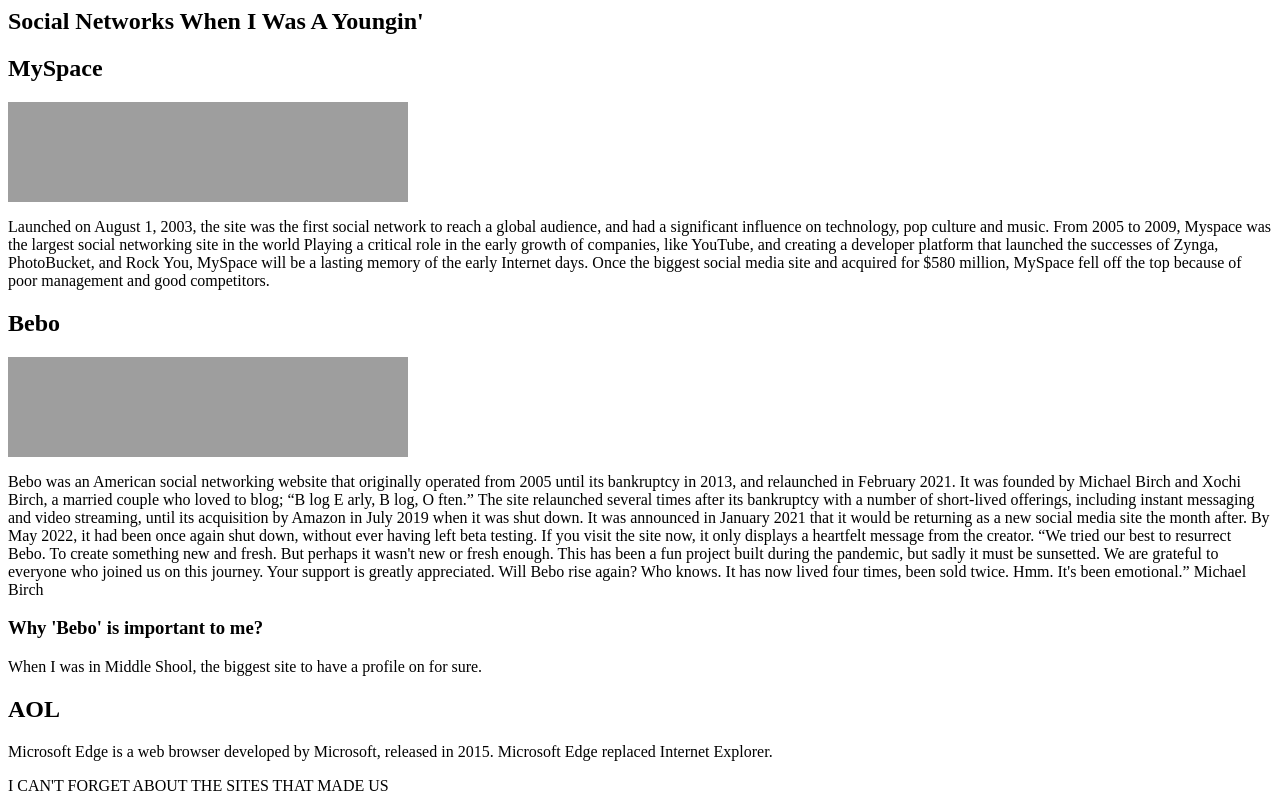
Repository: AndrewGrantt/LC101
Page: LC101/js-assignment-4-html-me-something-buffylow/index.html
These files come from the project's save history. The page is drawn as it stood at one moment and after the next save; the edit follows.
The browser window is 1280 px wide. The pictures show the whole page.
Pictures or frames that could not be fetched are drawn as grey boxes.

Above is the page before, as saved 2022-07-15 04:42:44.

### LC101/js-assignment-4-html-me-something-buffylow/index.html
<html>
<head>
<title>SOCIAL NETWORKS FOR THE AGES</title>
</head>
<body>

<article class="all-sites">
  <h1>Social Networks When I Was A Youngin'</h1>
  <article class="sites">

    <h2>MySpace</h2>
    <img src="/images/MySpace_logo.jpg" alt="MySpace Logo 2004-2010" width="400" height="100">
    <p>
      Launched on August 1, 2003, the site was the first social network to reach a global audience, and had a significant influence on technology, pop culture and music.
      From 2005 to 2009, Myspace was the largest social networking site in the world
     Playing a critical role in the early growth of companies, like YouTube, and creating a developer platform that launched the successes of Zynga, PhotoBucket, and Rock You, MySpace will be a lasting memory of the early Internet days.
     Once the biggest social media site and acquired for $580 million, MySpace fell off the top because of poor management and good competitors.
    </p>

  </article>

  <article class="sites">
    <h2>Bebo</h2>
    <img src="/images/bebo.jpg" alt="Bebo Logo" width="400" height="100">
    <p>
     Bebo was an American social networking website that originally operated from 2005 until its bankruptcy in 2013, and relaunched in February 2021. It was founded by Michael Birch and Xochi Birch, a married couple who loved to blog;
      “B log E arly, B log, O ften.”
      The site relaunched several times after its bankruptcy with a number of short-lived offerings, including instant messaging and video streaming, until its acquisition by Amazon in July 2019 when it was shut down. It was announced in January 2021 that it would be returning as a new social media site the month after. By May 2022, it had been once again shut down, without ever having left beta testing. If you visit the site now, it only displays a heartfelt message from the creator.


      “We tried our best to resurrect Bebo.
      To create something new and fresh.
      But perhaps it wasn't new or fresh enough.
      This has been a fun project built during the pandemic, but sadly it must be sunsetted. We are grateful to everyone who joined us on this journey. Your support is greatly appreciated.
      Will Bebo rise again?
      Who knows. It has now lived four times, been sold twice. Hmm.
      It's been emotional.”

      Michael Birch
      </p>
      <h3> Why 'Bebo' is important to me?</h3>
      <p>
         When I was in Middle Shool, the biggest site to have a profile on for sure.
      </p>
  </article>
  <article class="sites">
    <h2>AOL</h2>
    <p>Microsoft Edge is a web browser developed by Microsoft, released in 2015. Microsoft Edge replaced Internet Explorer.</p>
  </article>
</article>
<footer>
   I CAN'T FORGET ABOUT THE SITES THAT MADE US
</footer>
</body>
</html>

After the next save:
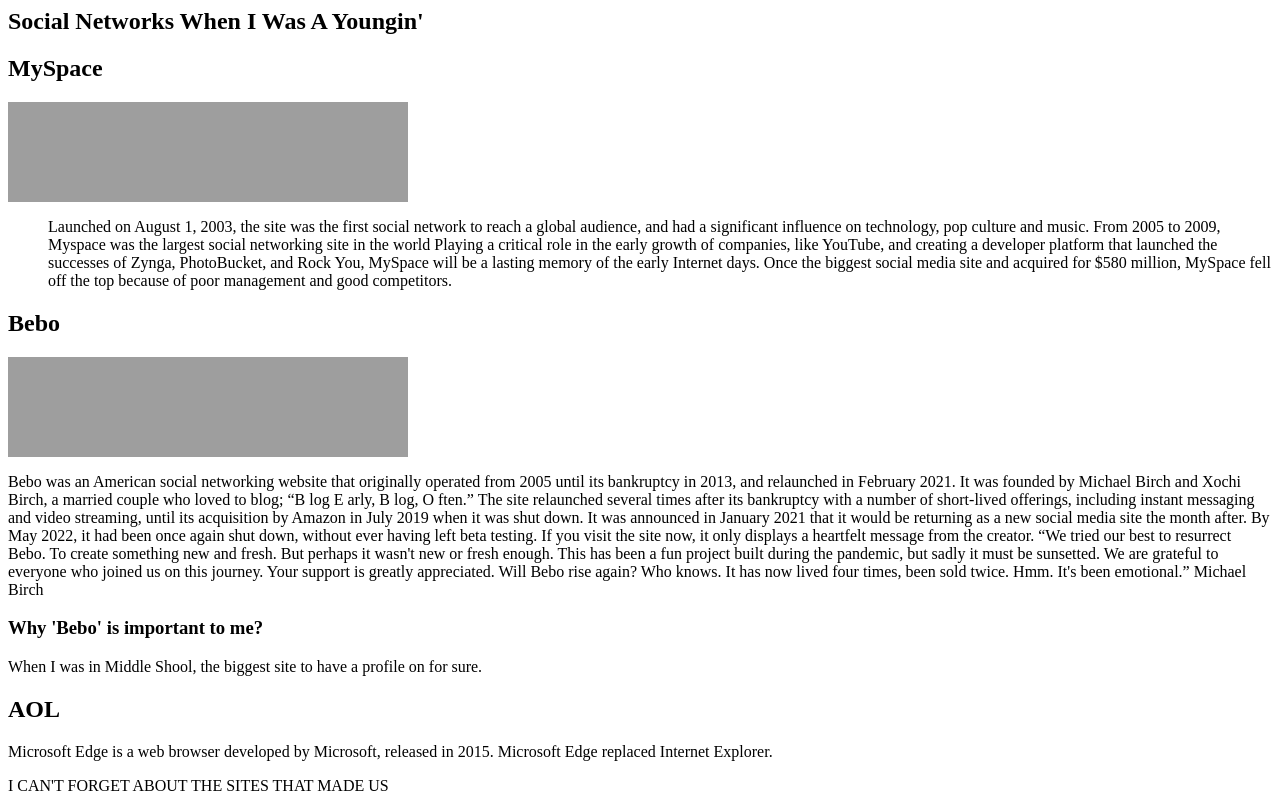
Saved 4 min 59 s later.
--- a/LC101/js-assignment-4-html-me-something-buffylow/index.html
+++ b/LC101/js-assignment-4-html-me-something-buffylow/index.html
@@ -11,11 +11,15 @@
     <h2>MySpace</h2>
     <img src="/images/MySpace_logo.jpg" alt="MySpace Logo 2004-2010" width="400" height="100">
     <p>
-      Launched on August 1, 2003, the site was the first social network to reach a global audience, and had a significant influence on technology, pop culture and music.
+     <ul> Launched on August 1, 2003, the site was the first social network to reach a global audience, and had a significant influence on technology, pop culture and music.
+
       From 2005 to 2009, Myspace was the largest social networking site in the world
-     Playing a critical role in the early growth of companies, like YouTube, and creating a developer platform that launched the successes of Zynga, PhotoBucket, and Rock You, MySpace will be a lasting memory of the early Internet days.
-     Once the biggest social media site and acquired for $580 million, MySpace fell off the top because of poor management and good competitors.
-    </p>
+
+      Playing a critical role in the early growth of companies, like YouTube, and creating a developer platform that launched the successes of Zynga, PhotoBucket, and Rock You, MySpace will be a lasting memory of the early Internet days.
+
+      Once the biggest social media site and acquired for $580 million, MySpace fell off the top because of poor management and good competitors.
+     </ul>
+   </p>
 
   </article>
 
